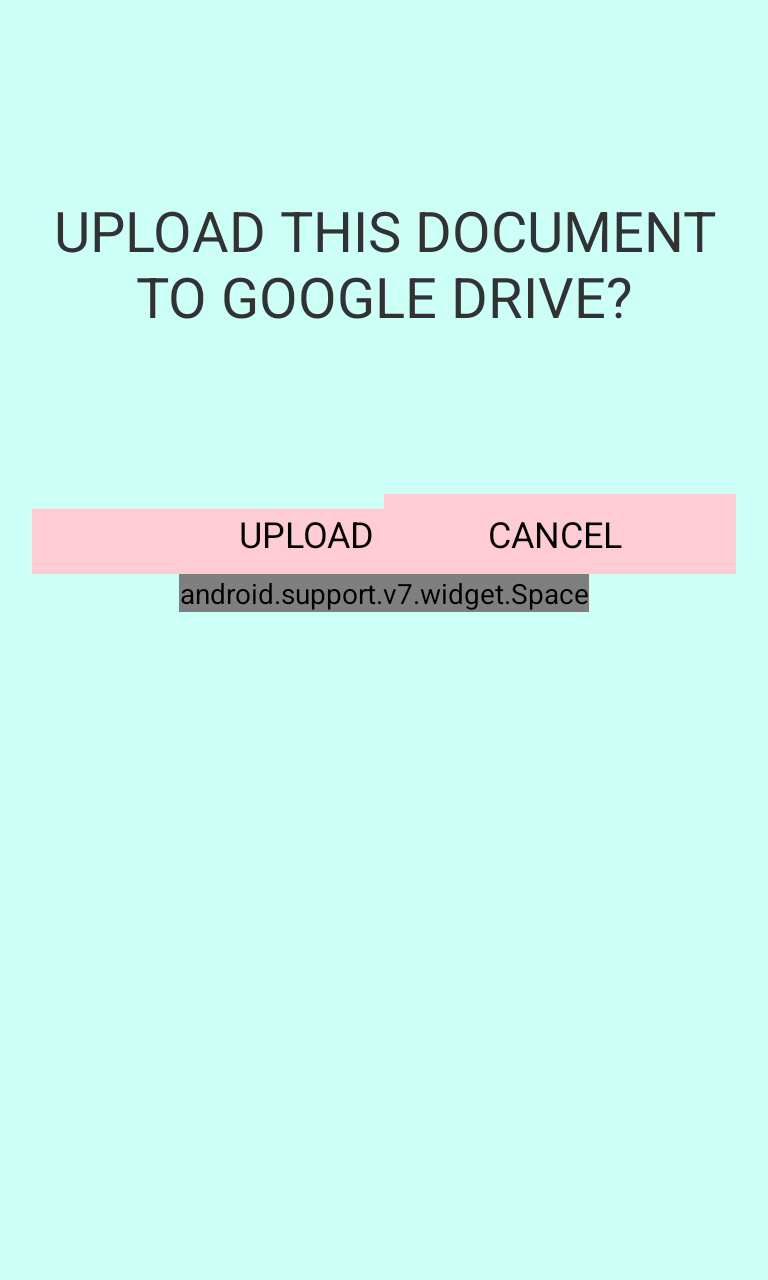
Repository: nick11roberts/Moka-Scanr
Layout: Document Uploader/res/layout/activity_preview.xml
The author's editor kept a copy of each file at every save. The layout is drawn from the files as they stood at one save, then again after the next save.
Pictures or frames that could not be fetched are drawn as grey boxes. It is drawn on a 768 x 1280 px phone screen (xhdpi) without system bars, with theme android:Theme.Holo.Light.NoActionBar; the app's code is not run. The app's manifest (not shown) leaves right-to-left support off. So textAlignment, textDirection and layoutDirection are ignored, and left and right values win over start and end ones.

Above is the layout before, as saved 2014-05-31 00:47:25.

After the next save:
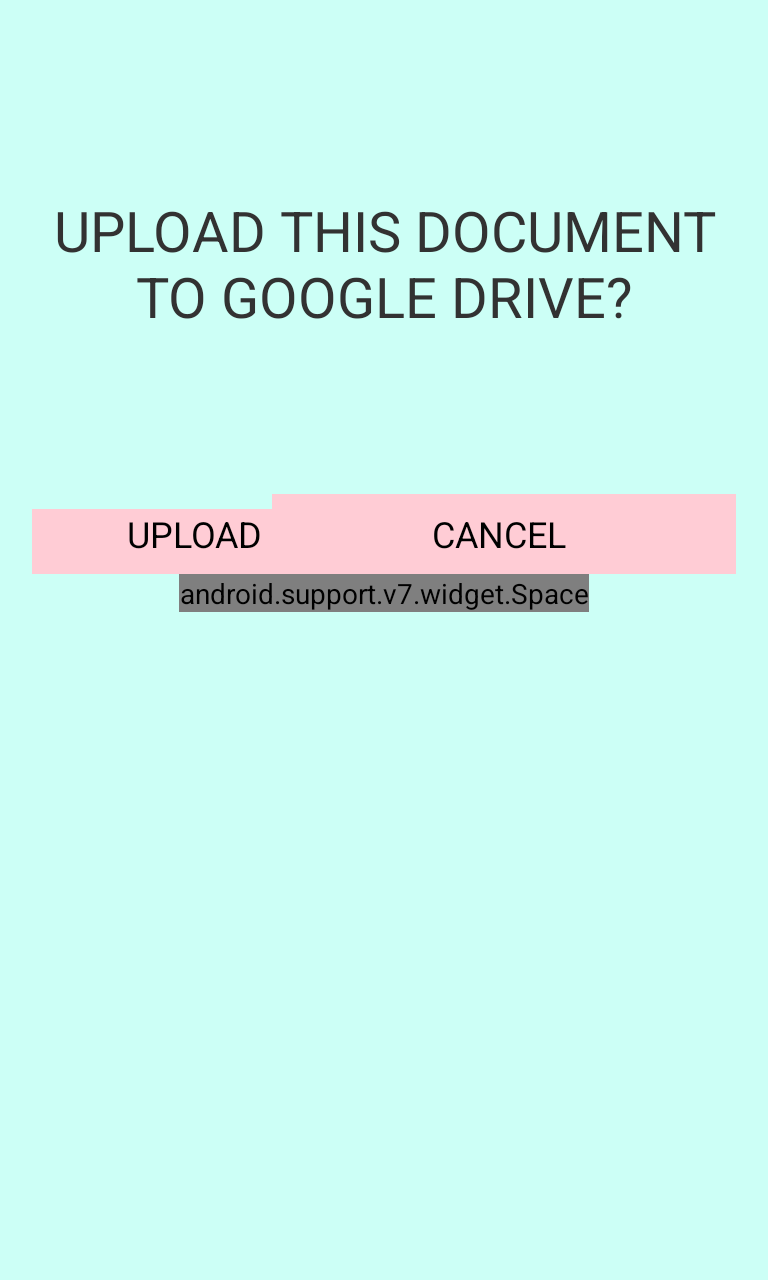
Saved 13 s later.
--- a/Document Uploader/res/layout/activity_preview.xml
+++ b/Document Uploader/res/layout/activity_preview.xml
@@ -40,7 +40,7 @@
             android:paddingRight="5dp"
             android:text="@string/preview_button_upload"
             android:textAlignment="center"
-            android:layout_weight=".25" />
+             />
 
         <Button
             android:id="@+id/cancelButton"
